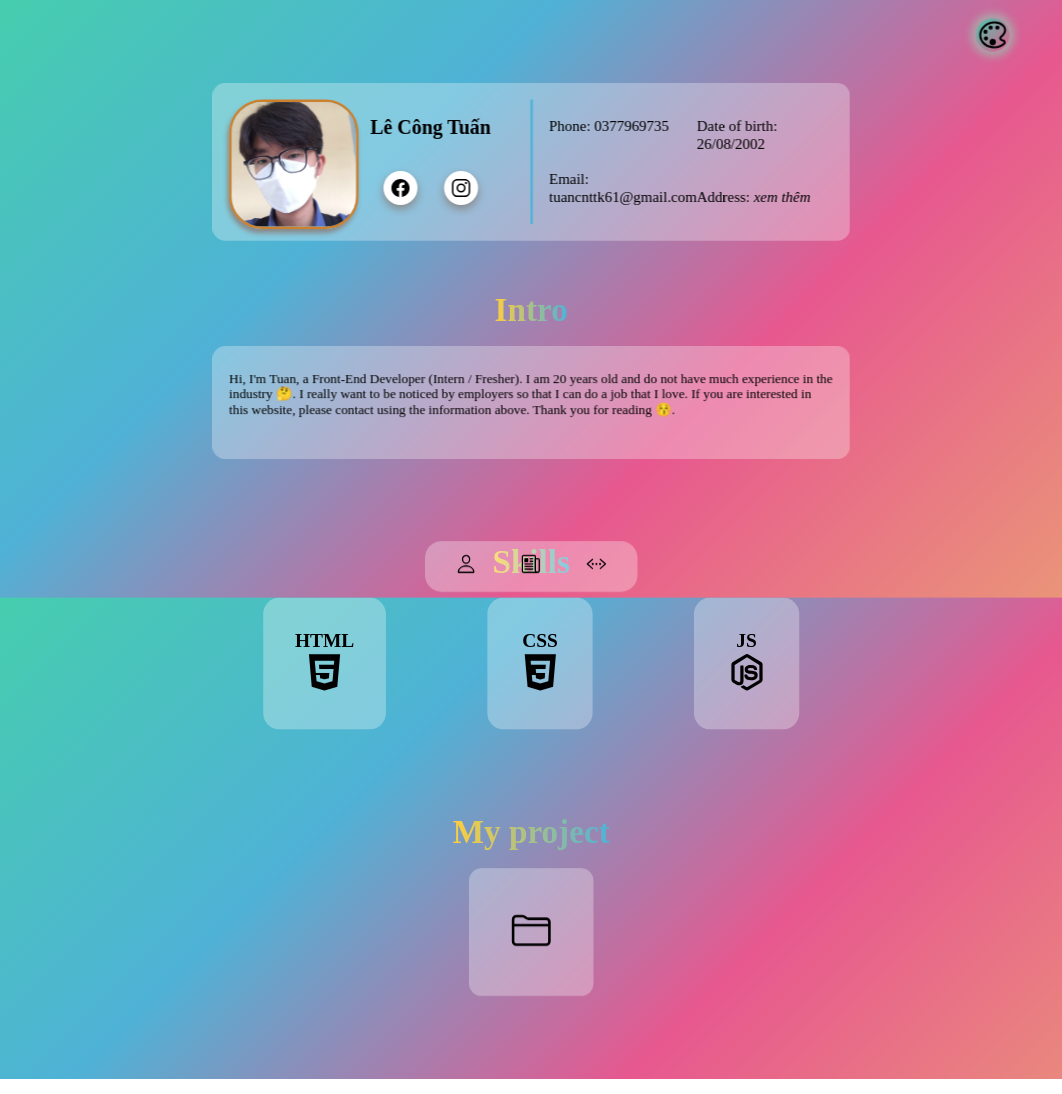
Repository: LeCongTuan2608/Profile
Page: index.html
An editor plug-in stored every save of this project. The page is shown before and after the next save, followed by the edit.
The browser window is 1280 px wide. The pictures show the whole page, at 83% of full size.
Backgrounds fixed to the window are drawn as part of the page. The style sheet was rebuilt from its Sass, Less or Tailwind sources for each picture, by a compiler version that may differ from the author's.

Above is the page before, as saved 2022-05-05 12:30:43.

After the next save:
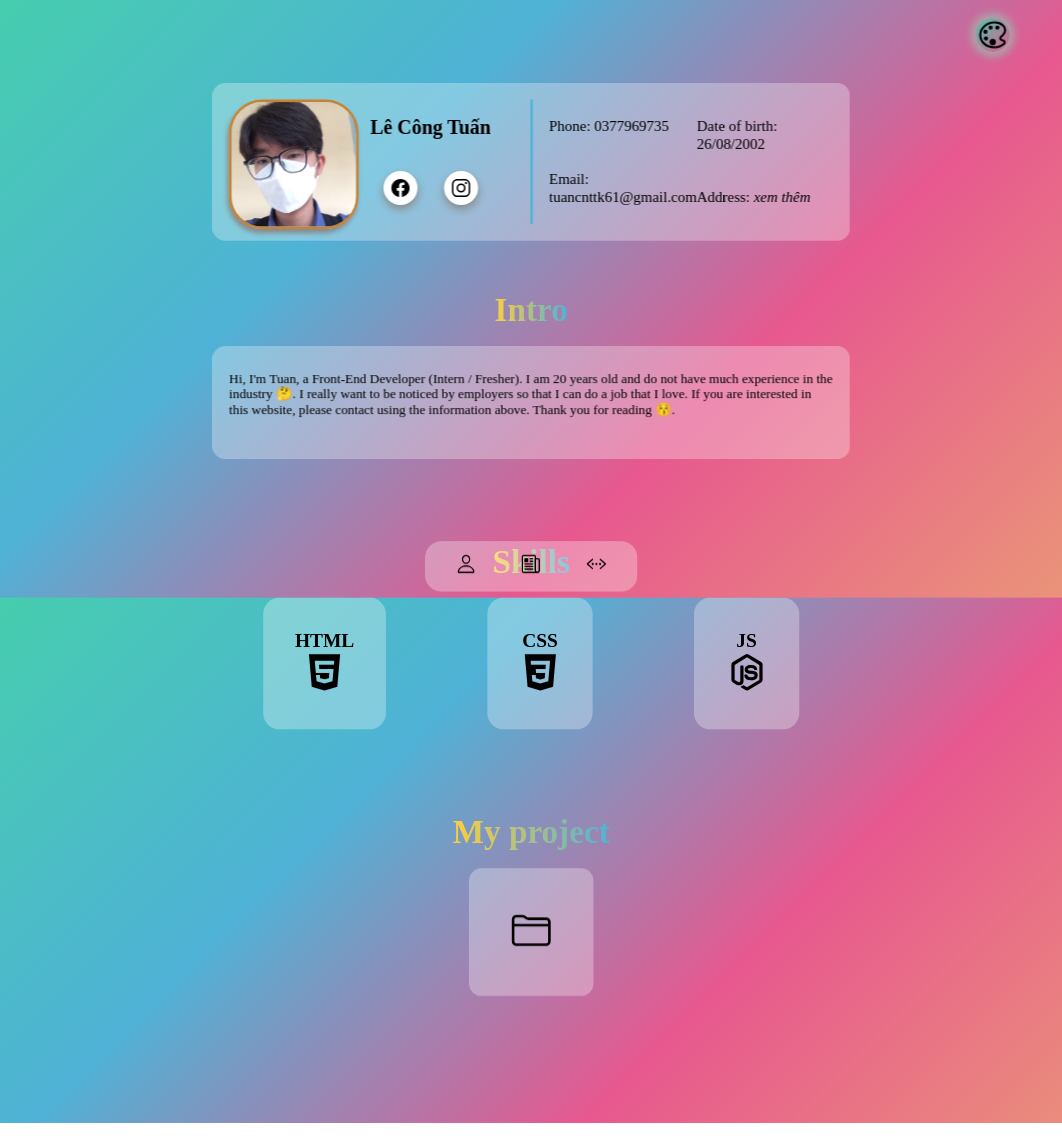
Saved 3 min 33 s later.
--- a/sass/style.scss
+++ b/sass/style.scss
@@ -315,7 +315,7 @@ background-color: #a5e296;
     font-size: 50px;
 }
 .my-project{
-    margin: 30px 0 100px 0;
+    margin: 30px 0 20% 0;
 
 }
 .project-box{
